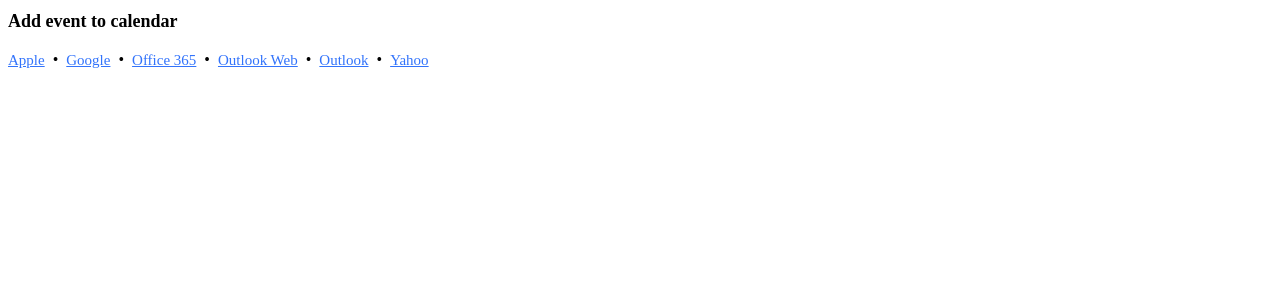
Repository: sinarinzifabrice/Events
Page: index.html
These files come from the project's save history. The page is drawn as it stood at one moment and after the next save; the edit follows.
The browser window is 1280 px wide. The pictures show the whole page.

Above is the page before, as saved 2024-05-14 09:50:48.

### index.html
<!DOCTYPE html>
<html lang="en">
<head>
    <meta charset="UTF-8">
    <meta name="viewport" content="width=device-width, initial-scale=1.0">
    <title>Event Calendar</title>
</head>
<body>
    <p style="margin:0 0 10px 0;">
        <strong style="line-height:150%;color:black;font-size:18px;">Add event to calendar</strong>
    </p>
    <p>
        <a href="https://calndr.link/e/xXCDqkJ5GI?s=apple" target="_blank"
           style="color:#3273fb;text-decoration:underline;font-size:15px;">Apple</a>
        &nbsp;•&nbsp;
        <a href="https://calndr.link/e/xXCDqkJ5GI?s=google" target="_blank"
           style="color:#3273fb;text-decoration:underline;font-size:15px;">Google</a>
        &nbsp;•&nbsp;
        <a href="https://calndr.link/e/xXCDqkJ5GI?s=office365" target="_blank"
           style="color:#3273fb;text-decoration:underline;font-size:15px;">Office 365</a>
        &nbsp;•&nbsp;
        <a href="https://calndr.link/e/xXCDqkJ5GI?s=outlookcom" target="_blank"
           style="color:#3273fb;text-decoration:underline;font-size:15px;">Outlook Web</a>
        &nbsp;•&nbsp;
        <a href="https://calndr.link/e/xXCDqkJ5GI?s=outlook" target="_blank"
           style="color:#3273fb;text-decoration:underline;font-size:15px;">Outlook</a>
        &nbsp;•&nbsp;
        <a href="https://calndr.link/e/xXCDqkJ5GI?s=yahoo" target="_blank"
           style="color:#3273fb;text-decoration:underline;font-size:15px;">Yahoo</a>
    </p>
</body>
</html>

After the next save:
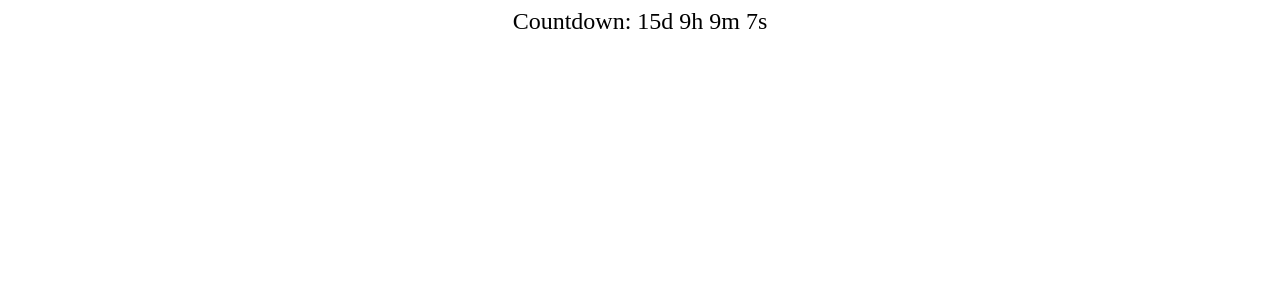
Saved 46 h 51 min later.
--- a/index.html
+++ b/index.html
@@ -1,32 +1,50 @@
 <!DOCTYPE html>
 <html lang="en">
 <head>
-    <meta charset="UTF-8">
-    <meta name="viewport" content="width=device-width, initial-scale=1.0">
-    <title>Event Calendar</title>
+  <meta charset="UTF-8">
+  <meta name="viewport" content="width=device-width, initial-scale=1.0">
+  <title>Countdown Timer</title>
+  <style>
+    #countdown {
+      font-size: 24px;
+      text-align: center;
+    }
+  </style>
 </head>
 <body>
-    <p style="margin:0 0 10px 0;">
-        <strong style="line-height:150%;color:black;font-size:18px;">Add event to calendar</strong>
-    </p>
-    <p>
-        <a href="https://calndr.link/e/xXCDqkJ5GI?s=apple" target="_blank"
-           style="color:#3273fb;text-decoration:underline;font-size:15px;">Apple</a>
-        &nbsp;•&nbsp;
-        <a href="https://calndr.link/e/xXCDqkJ5GI?s=google" target="_blank"
-           style="color:#3273fb;text-decoration:underline;font-size:15px;">Google</a>
-        &nbsp;•&nbsp;
-        <a href="https://calndr.link/e/xXCDqkJ5GI?s=office365" target="_blank"
-           style="color:#3273fb;text-decoration:underline;font-size:15px;">Office 365</a>
-        &nbsp;•&nbsp;
-        <a href="https://calndr.link/e/xXCDqkJ5GI?s=outlookcom" target="_blank"
-           style="color:#3273fb;text-decoration:underline;font-size:15px;">Outlook Web</a>
-        &nbsp;•&nbsp;
-        <a href="https://calndr.link/e/xXCDqkJ5GI?s=outlook" target="_blank"
-           style="color:#3273fb;text-decoration:underline;font-size:15px;">Outlook</a>
-        &nbsp;•&nbsp;
-        <a href="https://calndr.link/e/xXCDqkJ5GI?s=yahoo" target="_blank"
-           style="color:#3273fb;text-decoration:underline;font-size:15px;">Yahoo</a>
-    </p>
+
+<div id="countdown"></div>
+
+<script>
+  // Set the date we're counting down to
+  var countDownDate = new Date("May 29, 2024 19:00:00").getTime();
+
+  // Update the countdown every 1 second
+  var x = setInterval(function() {
+
+    // Get the current date and time
+    var now = new Date().getTime();
+
+    // Calculate the remaining time
+    var distance = countDownDate - now;
+
+    // Calculate days, hours, minutes and seconds
+    var days = Math.floor(distance / (1000 * 60 * 60 * 24));
+    var hours = Math.floor((distance % (1000 * 60 * 60 * 24)) / (1000 * 60 * 60));
+    var minutes = Math.floor((distance % (1000 * 60 * 60)) / (1000 * 60));
+    var seconds = Math.floor((distance % (1000 * 60)) / 1000);
+
+    // Display the countdown
+    document.getElementById("countdown").innerHTML = "Countdown: " + days + "d " + hours + "h "
+    + minutes + "m " + seconds + "s ";
+
+    // If the countdown is over, display a message
+    if (distance < 0) {
+      clearInterval(x);
+      document.getElementById("countdown").innerHTML = "EXPIRED";
+    }
+  }, 1000);
+</script>
+
 </body>
 </html>
